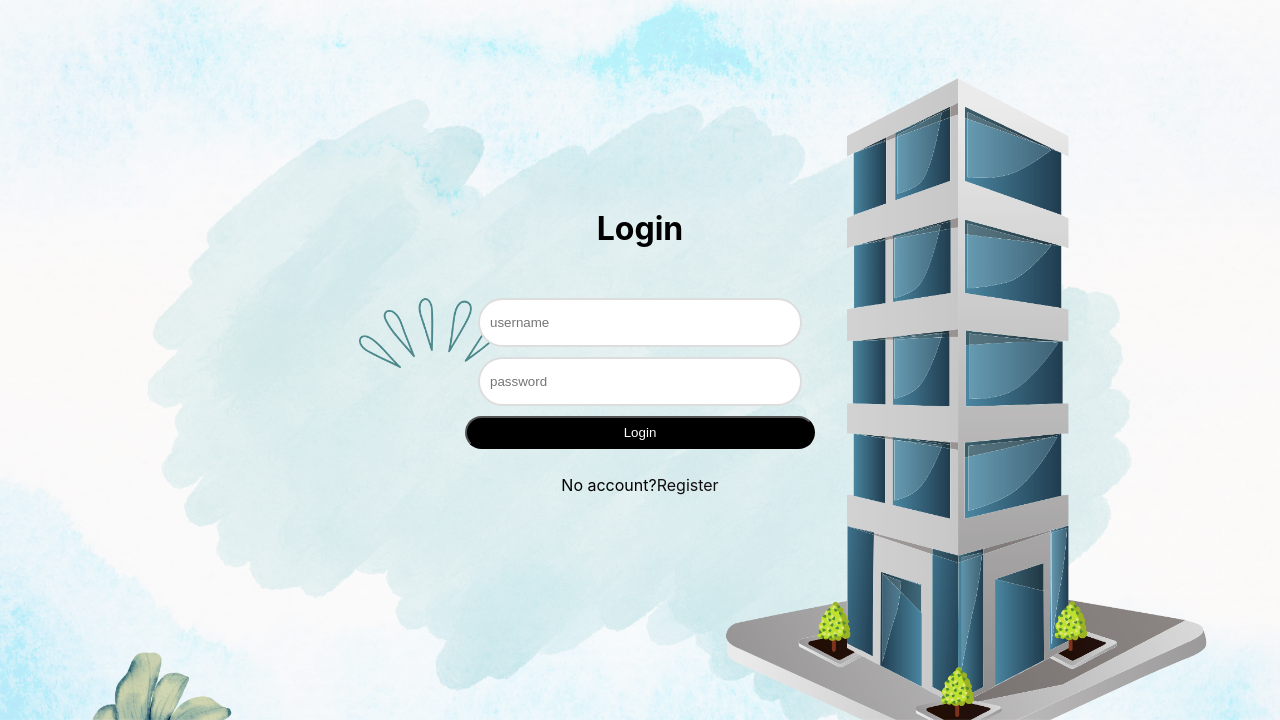
Repository: ngnhthuong/Smart_Trash_IOT
Page: /home (app in UI/)
The author's editor kept a copy of each file at every save. The page is drawn from the files as they stood at one save, then again after the next save.
The browser window is 1280 px wide. The pictures show the whole page.
The project was rebuilt for these pictures with package versions that can differ from the ones it lists, and the page was loaded fresh each time. Also part of the build but not shown: UI/src/pages/signup/Signup.js, UI/src/components/FloorStyle.css, UI/src/components/Floor.js, UI/src/pages/Home/HomeStyles.css, UI/src/pages/Home/Home.js.

Above is the page before, as saved 2024-03-30 14:50:07.

### UI/src/App.js
import { BrowserRouter as Router, Routes, Route } from "react-router-dom";
import { publicRoutes } from "./routes/index";
import DefaultLayout from "./pages/Home/Home";
import { Fragment } from "react";
import Login from "./pages/login/Login";

function App() {
  return (
    <Router>
      <div className="App">
        <Routes>
          {publicRoutes.map((route, index) => {
            const Layout = route.layout === null ? Fragment : Login;
            const Page = route.component;
            return (
              <Route
                key={index}
                path={route.path}
                element={
                  <Layout>
                    <Page />
                  </Layout>
                }
              />
            );
          })}
        </Routes>
      </div>
    </Router>
  );
}

export default App;

### UI/src/routes/index.js
import Login from "../pages/login/Login";
import Signup from "../pages/signup/Signup";
import Home from "../pages/Home/Home";
// dont need login to view
const publicRoutes = [
  { path: "/", component: Login },
  { path: "/home", component: Home },
  { path: "/signup", component: Signup },
];

export { publicRoutes };

### UI/src/pages/login/Login.js
import React from "react";
import "./LoginStyles.css";
export default function Login() {
  return (
    <div className="main">
      <form className="login">
        <h1 className="login-title">Login</h1>
        <input className="input" type="text" placeholder="username" />
        <input className="input" type="password" placeholder="password" />
        <button className="button">Login</button>
        <p>
          No account?
          <span>
            <a className="register-redirect">Register</a>
          </span>
        </p>
      </form>
    </div>
  );
}

### UI/src/pages/login/LoginStyles.css
.main {
    position: relative;
    width: 100vw;
    height: 100vh;
    background: url(../../../public/background_webnew.png);
    background-size: cover;
    overflow: hidden;
    background-attachment: fixed;
}
form {
    width: 100%;
    height: 100%;
    display: flex;
    flex-direction: column;
    align-items: center;
    justify-content: center;
}

.login-title {
    margin: 0 0 50px 0;
}

input:focus {
    border: 2px solid #000000;
    outline: none;
}

.input {
    display: block;
    margin-bottom: 10px;
    width: 300px;
    height: 25px;
    padding: 10px 10px 10px 10px;
    border: 2px solid #ddd;
    border-radius: 40px;
    background-color: #fff;
}

.button {
    cursor: pointer;
    width: 350px;
    display: block;
    margin-bottom: 10px;
    background-color: #000000;
    color: #ffffff;
    border-radius: 40px;
    padding: 7px 0;
}

form.login h1 {
    text-align: center;
}

.register-redirect {
    color: #110f0f;
}

.register-redirect:hover {
    cursor: pointer;
    text-shadow: 1px 1px rgba(7, 6, 6, 5.0);
}

.login {
    transition: transform 0.3s ease-out;
    transform: translateX(0);
}

.login.visible {
    transform: translateX(-100%);
}

Loaded but not shown: UI/public/index.html (common file); UI/src/index.js (common file); UI/src/index.css (common file); UI/src/reportWebVitals.js (common file)

After the next save:
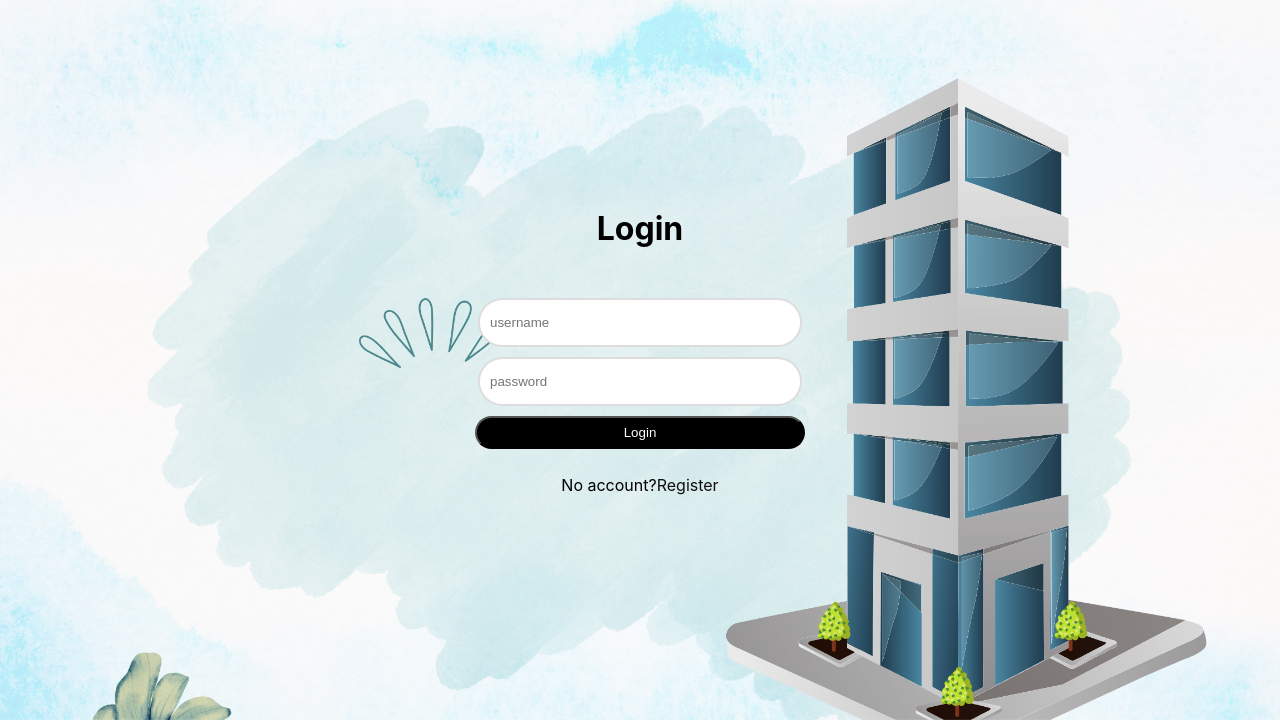
Saved 4 s later.
--- a/UI/src/pages/login/LoginStyles.css
+++ b/UI/src/pages/login/LoginStyles.css
@@ -38,7 +38,7 @@ input:focus {
 
 .button {
     cursor: pointer;
-    width: 350px;
+    width: 330px;
     display: block;
     margin-bottom: 10px;
     background-color: #000000;
